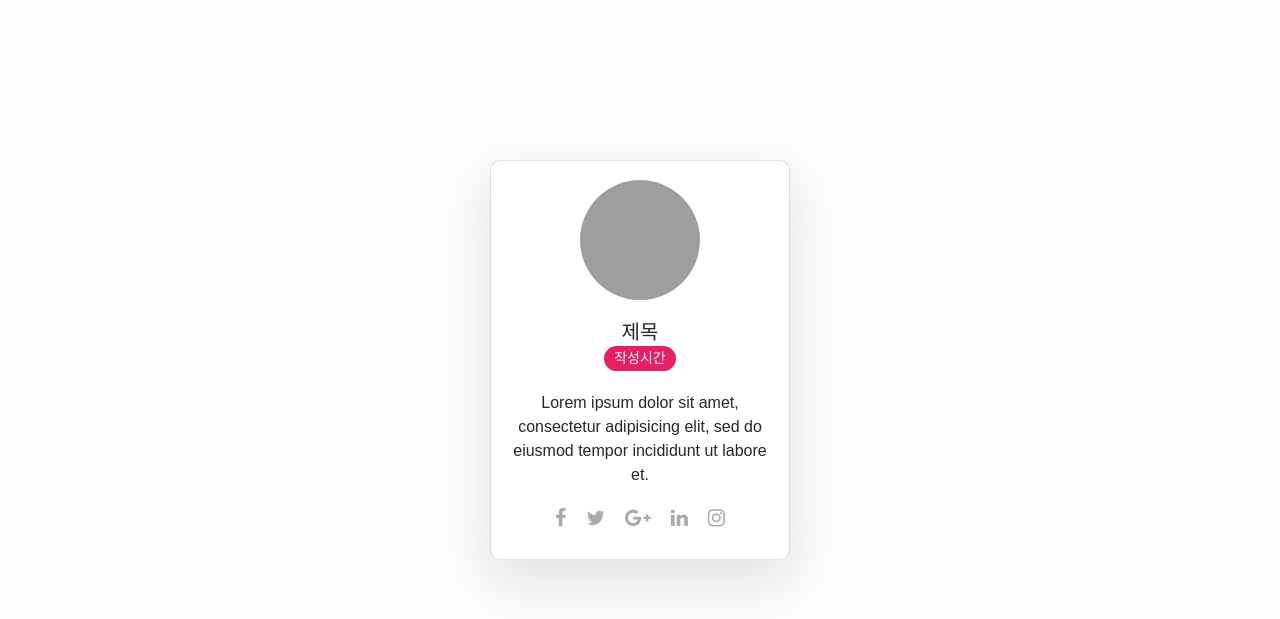
Repository: cheez0909/JSP
Page: http://localhost/1103/session/ServletEX/detail
An editor plug-in stored every save of this project. The page is shown before and after the next save, followed by the edit.
The browser window is 1280 px wide. The pictures show the whole page.
Pictures or frames that could not be fetched are drawn as grey boxes. Some web libraries are served in a nearby version. The page is served by Tomcat 9. Other server files are loaded and not shown. Queries for data that is not in the repository find no rows.

Above is the page before, as saved 2023-11-09 05:44:29.

### 1103/src/main/webapp/session/ServletEX/Boarddetails.jsp
<%@ page language="java" contentType="text/html; charset=UTF-8"
    pageEncoding="UTF-8"%>
<!DOCTYPE html>
<html lang="en">
<head>
    <meta charset="utf-8">
    <!-- This file has been downloaded from Bootsnipp.com. Enjoy! -->
    <title>UI card design css - Bootsnipp.com</title>
        <meta name="viewport" content="width=device-width, initial-scale=1">
    <link href="http://maxcdn.bootstrapcdn.com/bootstrap/4.1.1/css/bootstrap.min.css" rel="stylesheet">
    <style type="text/css">
        body {
    margin:0;
    padding:0;
    font-family:sans-serif;
    background:#fbfbfb;
}
.card {
    position:absolute;
    top:50%;
    left:50%;
    transform:translate(-50%,-50%);
    width:300px;
    min-height:400px;
    background:#fff;
    box-shadow:0 20px 50px rgba(0,0,0,.1);
    border-radius:10px;
    transition:0.5s;
}
.card:hover {
    box-shadow:0 30px 70px rgba(0,0,0,.2);
}
.card .box {
    position:absolute;
    top:50%;
    left:0;
    transform:translateY(-50%);
    text-align:center;
    padding:20px;
    box-sizing:border-box;
    width:100%;
}
.card .box .img {
    width:120px;
    height:120px;
    margin:0 auto;
    border-radius:50%;
    overflow:hidden;
}
.card .box .img img {
    width:100%;
    height:100%;
}
.card .box h2 {
    font-size:20px;
    color:#262626;
    margin:20px auto;
}
.card .box h2 span {
    font-size:14px;
    background:#e91e63;
    color:#fff;
    display:inline-block;
    padding:4px 10px;
    border-radius:15px;
}
.card .box p {
    color:#262626;
}
.card .box span {
    display:inline-flex;
}
.card .box ul {
    margin:0;
    padding:0;
}
.card .box ul li {
    list-style:none;
    float:left;
}
.card .box ul li a {
    display:block;
    color:#aaa;
    margin:0 10px;
    font-size:20px;
    transition:0.5s;
    text-align:center;
}
.card .box ul li:hover a {
    color:#e91e63;
    transform:rotateY(360deg);
}
    </style>
    <script src="http://code.jquery.com/jquery-1.11.1.min.js"></script>
    <script src="http://maxcdn.bootstrapcdn.com/bootstrap/4.1.1/js/bootstrap.min.js"></script>
</head>
<body>
<link rel="stylesheet" href="https://cdnjs.cloudflare.com/ajax/libs/font-awesome/4.7.0/css/font-awesome.min.css">
<div class="card">
    <div class="box">
        <div class="img">
            <img src="https://item.kakaocdn.net/do/b563e153db82fde06e1423472ccf192c960f4ab09fe6e38bae8c63030c9b37f9">
        </div>
        <h2>제목<br><span>작성시간</span></h2>
        <p> Lorem ipsum dolor sit amet, consectetur adipisicing elit, sed do eiusmod
                tempor incididunt ut labore et.</p>
        <span>
            <ul>
                <li><a href="#"><i class="fa fa-facebook" aria-hidden="true"></i></a></li>
                <li><a href="#"><i class="fa fa-twitter" aria-hidden="true"></i></a></li>
                <li><a href="#"><i class="fa fa-google-plus" aria-hidden="true"></i></a></li>
                <li><a href="#"><i class="fa fa-linkedin" aria-hidden="true"></i></a></li>
                <li><a href="#"><i class="fa fa-instagram" aria-hidden="true"></i></a></li>
            </ul>
        </span>
    </div>
</div>
<script type="text/javascript">

</script>
</body>
</html>

### 1103/src/main/java/com/momo/controller/detailController.java
package com.momo.controller;

import java.io.IOException;
import java.util.List;

import javax.servlet.ServletException;
import javax.servlet.annotation.WebServlet;
import javax.servlet.http.HttpServlet;
import javax.servlet.http.HttpServletRequest;
import javax.servlet.http.HttpServletResponse;

import com.momo.dao.BoardDAO;
import com.momo.dto.BoardDTO;


@WebServlet("/session/ServletEX/detail")
public class detailController extends HttpServlet {
	private static final long serialVersionUID = 1L;


	protected void doGet(HttpServletRequest request, HttpServletResponse response) throws ServletException, IOException {
		String num = request.getParameter("num");

		// String id = request.getParameter("ids");

		BoardDAO dao = new BoardDAO();
		System.out.println(num+" ");

		dao.visitCount(num);
		BoardDTO dto = dao.getOne(num);



		request.setAttribute("boarddto", dto);
		dao.close();

		request.getRequestDispatcher("Boarddetails.jsp").forward(request, response);
	}
}

### 1103/src/main/java/com/momo/DBConnection.java
package com.momo;

import java.sql.Connection;
import java.sql.DriverManager;
import java.sql.PreparedStatement;
import java.sql.ResultSet;
import java.sql.SQLException;
import java.sql.Statement;

import javax.servlet.ServletContext;

public class DBConnection {
	public Connection con;
	public Statement stmtl;
	public PreparedStatement pstmt;
	public ResultSet rs;

	public DBConnection(){
		try {
			// 드라이버 로딩
			Class.forName("oracle.jdbc.OracleDriver");

			String url = "jdbc:oracle:thin:@localhost:1521:orcl";
			String id = "dani";
			String pw = "dani";

			con = DriverManager.getConnection(url, id, pw);
			System.out.println("DB 연결 성공! (기본 생성자)");

		} catch (ClassNotFoundException e) {
			System.out.println("드라이버로딩 실패");
			e.printStackTrace();
		} catch (SQLException e) {
			// TODO Auto-generated catch block
			e.printStackTrace();
		}
	}

	// 서버가 실행될때
	// application으로부터 db정보를 불러옴
	public DBConnection(ServletContext application) {
		String driver = application.getInitParameter("driver");
		String url = application.getInitParameter("url");
		String id = application.getInitParameter("id");
		String pw = application.getInitParameter("pw");

		try {
			Class.forName(driver);
			con = DriverManager.getConnection(url, id, pw);
			System.out.println("application 내장 객체를 활용한 Connection 생성");
		} catch (ClassNotFoundException e) {
			// TODO Auto-generated catch block
			System.out.println("드라이버 로딩 실패 - 라이브러리를 확인해주세요");
			e.printStackTrace();
		} catch (SQLException e) {
			// TODO Auto-generated catch block
			System.out.println("Connection 객체 생성 실패");
			e.printStackTrace();
		}

	}

	public DBConnection(String driver, String url, String id, String pw) {
		try {
			Class.forName(driver);
			con = DriverManager.getConnection(url, id, pw);
			stmtl = con.createStatement();


		} catch (ClassNotFoundException e) {
			// TODO Auto-generated catch block
			e.printStackTrace();
		} catch (SQLException e) {
			// TODO Auto-generated catch block
			e.printStackTrace();
		}

	}
	public void close() {
		try {
		if(rs!=null) rs.close();
		if(pstmt!=null) pstmt.close();
		if(stmtl!=null) stmtl.close();
		if(con!=null) con.close();
		} catch(Exception e) {
			System.out.println("자원반납 중 예외가 발생하였습니다.");
			e.printStackTrace();
		}

	}
}

### 1103/src/main/java/com/momo/dao/BoardDAO.java
package com.momo.dao;

import java.sql.SQLException;
import java.util.ArrayList;
import java.util.List;

import com.momo.DBConnection;
import com.momo.DBConnectionPool;
import com.momo.dto.BoardDTO;
import com.momo.dto.Criteria;

// DBConnectionPool : 톰캣에서 제공해주는 기능을 사용하며 커넥션풀이라는 공간에 커넥션 객체를 미리
// 생성해놓고 사용
public class BoardDAO extends DBConnection{

	public BoardDAO() {
		super();
	}


	// 내가 쓴 글 조회하기
	public List<BoardDTO> getList(String id){
		List<BoardDTO> list = new ArrayList<>();
		try {
		String sql = "SELECT *\r\n"
				+ "FROM BOARD\r\n"
				+ "WHERE ID=?";


			pstmt = con.prepareStatement(sql);
			pstmt.setString(1, id);
			rs = pstmt.executeQuery();

			while(rs.next()) {
				BoardDTO dto = new BoardDTO();
				dto.setId(rs.getString("id"));
				dto.setTitle(rs.getString("title"));
				dto.setContent(rs.getString("content"));
				dto.setNum(rs.getString("num"));
				dto.setPostdate(rs.getString("postdate"));
				dto.setVisitcount(rs.getString("visitcount"));
				list.add(dto);
			}

		} catch (SQLException e) {
			e.printStackTrace();
		}
		return list;
	}
	/*
	 *
	 * 리스트 조회 후 변환
	 * + 페이징 처리
	 * return
	 *
	 * */
	// 리스트 조회하는 메서드
	public List<BoardDTO> getList(Criteria cri){
		List<BoardDTO> list = new ArrayList<>();
//		String sql = "SELECT *\r\n"
//				+ "FROM BOARD\r\n";
		try {

			String where="";

			// 컬럼명은 ? 로 동작되지 않음
			if(!"".equals(cri.getSearchField())&&!"".equals(cri.getSearchWord()) ) {
				where = "where " + cri.getSearchField() + " like '%" + cri.getSearchWord()
					+ "%' ";
			}

		// 페이징 처리하기
		String sql = "select *\r\n"
				+ "from (select rownum rnum, b.*\r\n"
				+ "        from  (  -- 최신순으로 조회\r\n"
				+ "                select *\r\n"
				+ "                from board\r\n"
				+ where
				+ "                order by num desc) b\r\n"
				+ "        )\r\n"
				+ "where rnum between ? and ?";

			pstmt = con.prepareStatement(sql);
			// 시작번호 = 끝번호 - (페이지당게시물수 -1)
			pstmt.setInt(1, cri.getStartNo());
			// 끝번호 = 페이지번호 * 페이지당게시물수
			pstmt.setInt(2, cri.getEndNo());

			// 페이지 객체를 생성해야함
			// 페이지

			rs = pstmt.executeQuery();

			System.out.println(sql);
			System.out.println(where);

			while(rs.next()) {
				BoardDTO dto = new BoardDTO();
				dto.setId(rs.getString("id"));
				dto.setTitle(rs.getString("title"));
				dto.setContent(rs.getString("content"));
				dto.setNum(rs.getString("num"));
				dto.setPostdate(rs.getString("postdate"));
				dto.setVisitcount(rs.getString("visitcount"));
				list.add(dto);
			}

		} catch (SQLException e) {
			e.printStackTrace();
		}
		return list;
	}




	// 1건을 조회하는 메서드
	public BoardDTO getOne(String num) {

		BoardDTO dto = new BoardDTO();

		try {

		String sql = "SELECT *\r\n"
				+ "FROM board\r\n"
				+ "WHERE NUM=?";

		pstmt = con.prepareStatement(sql);
		pstmt.setString(1, num);
		rs = pstmt.executeQuery();

		while(rs.next()) {
			dto.setId(rs.getString("id"));
			dto.setTitle(rs.getString("title"));
			dto.setContent(rs.getString("content"));
			dto.setNum(rs.getString("num"));
			dto.setPostdate(rs.getString("postdate"));
			dto.setVisitcount(rs.getString("visitcount"));
		}

		} catch (SQLException e) {
		e.printStackTrace();
		}
		return dto;
	}


	//public static void main(String[] args) {
	//	BoardDAO dao = new BoardDAO();
	//	System.out.print(dao.getList("test"));
	//}


	// 조회수 증가 쿼리짜기
	// 업데이트 쿼리 짜기 update
	// 조회수를 반환하자!! -> int타입으로....
	// 실행된 건수가 반환됨.....
	// 화면이 열렸을때 실행되어야 함 -> 디테일 컨트롤러로
	public int visitCount(String num) {
		BoardDTO dto = new BoardDTO();
		int res=0;
		try {

		String sql = "update board\r\n"
				+ "set visitcount = visitcount + 1\r\n"
				+ "where num = ?";

		pstmt = con.prepareStatement(sql);
		pstmt.setString(1, num);
		res = pstmt.executeUpdate();
		// System.out.println(res + "건이 실행되었습니다.");

		} catch (SQLException e) {
			e.printStackTrace();
		}	return res;
	}

	// 삭제하는 메서드 만들기
	public int deleteBoard(String num) {
		BoardDTO dto = new BoardDTO();
		int res=0;
		try {

		String sql = "delete board\r\n"
				+ "where num=?";

		pstmt = con.prepareStatement(sql);
		pstmt.setString(1, num);
		res = pstmt.executeUpdate();
		// System.out.println(res + "건이 실행되었습니다.");

		} catch (SQLException e) {
			e.printStackTrace();
		}	return res;
	}



	// 작성하는 메서드 만들기
	public int write(String title, String content, String id) {
		BoardDTO dto = new BoardDTO();

		int res=0;
		try {

		String sql = "insert into board (num, title, content, id) \r\n"
				+ "values (SEQ_BOARD_NUM.NEXTVAL, ?, ?, ?)";

		pstmt = con.prepareStatement(sql);
		pstmt.setString(1, title);
		pstmt.setString(2, content);
		pstmt.setString(3, id);
		res = pstmt.executeUpdate();

		System.out.println(res + "건이 실행되었습니다.");

		} catch (SQLException e) {
			e.printStackTrace();
		}	return res;
	}



	/*
	 * 게시글의 총 건수를 조회 후 반환
	 * return 게시글의 총 건수
	 *
	 */
	public int getTotalCnt() {
		int res = 0;
		String sql = "select count(*)\r\n"
				+ "from board";

		try {
			pstmt = con.prepareStatement(sql);
			//rs = stmtl.executeQuery(sql);
			rs = pstmt.executeQuery();

			if(rs.next()) {
				res = rs.getInt(1);
				//System.out.println(res);
			}

			System.out.println(res);
		} catch (SQLException e) {
			// TODO Auto-generated catch block
			e.printStackTrace();
		}
		return res;
	}

	/*
	 * 검색 조건을 적용했을때 페이지 블럭이
	 * 해당 검색 조건을 만족하는 만큼만 나와야 하는데
	 * 매개변수가 없을 경우 총 게시물수로 고정되어 출력됨
	 * 게시글의 총 건수를 조회 후 반환
	 * return 게시글의 총 건수
	 *
	 */
//	public int getTotalCnt(Criteria criteria) {
//		int res = 0;
//		String where="";
//
//
//		try {
//
//			// 컬럼명은 ? 로 동작되지 않음
//			if(!"".equals(criteria.getSearchField())&&!"".equals(criteria.getSearchWord()) ) {
//				where = "where " + criteria.getSearchField() + " like '%" + criteria.getSearchWord()
//					+ "%' ";
//			}
//
//			String sql = "select count(*)\r\n"
//					+ "from board " + where;
//
//			pstmt = con.prepareStatement(sql);
//			//rs = stmtl.executeQuery(sql);
//			rs = pstmt.executeQuery();
//
//			if(rs.next()) {
//				res = rs.getInt(1);
//				//System.out.println(res);
//			}
//
//			System.out.println(res);
//		} catch (SQLException e) {
//			// TODO Auto-generated catch block
//			e.printStackTrace();
//		}
//		return res;
//	}


	//public static void main(String[] args) {
	//	BoardDAO dao = new BoardDAO();
	//	int i=0;
	//	while(i!=10) {
	//		dao.write("제목", "내용");
	//		i++;
	//	}
	//}



	/*
	 * 검색 메서드
	 *
	 */

	public int search(String title, String content, String id) {
		BoardDTO dto = new BoardDTO();

		int res=0;
		try {

		String sql = "insert into board (num, title, content, id) \r\n"
				+ "values (SEQ_BOARD_NUM.NEXTVAL, ?, ?, ?)";

		pstmt = con.prepareStatement(sql);
		pstmt.setString(1, title);
		pstmt.setString(2, content);
		pstmt.setString(3, id);
		res = pstmt.executeUpdate();

		System.out.println(res + "건이 실행되었습니다.");

		} catch (SQLException e) {
			e.printStackTrace();
		}	return res;
	}

}

### 1103/src/main/java/com/momo/dto/BoardDTO.java
package com.momo.dto;

public class BoardDTO {
	private String num;
	private String title;
	private String content;
	private String id;
	private String postdate;
	private String visitcount;
	public BoardDTO() {}
	public BoardDTO(String num, String title, String content, String id, String postdate, String visitcount) {
		this.num = num;
		this.title = title;
		this.content = content;
		this.id = id;
		this.postdate = postdate;
		this.visitcount = visitcount;
	}
	public String getNum() {
		return num;
	}
	public void setNum(String num) {
		this.num = num;
	}
	public String getTitle() {
		return title;
	}
	public void setTitle(String title) {
		this.title = title;
	}
	public String getContent() {
		return content;
	}
	public void setContent(String content) {
		this.content = content;
	}
	public String getId() {
		return id;
	}
	public void setId(String id) {
		this.id = id;
	}
	public String getPostdate() {
		return postdate;
	}
	public void setPostdate(String postdate) {
		this.postdate = postdate;
	}
	public String getVisitcount() {
		return visitcount;
	}
	public void setVisitcount(String visitcount) {
		this.visitcount = visitcount;
	}
}

After the next save:
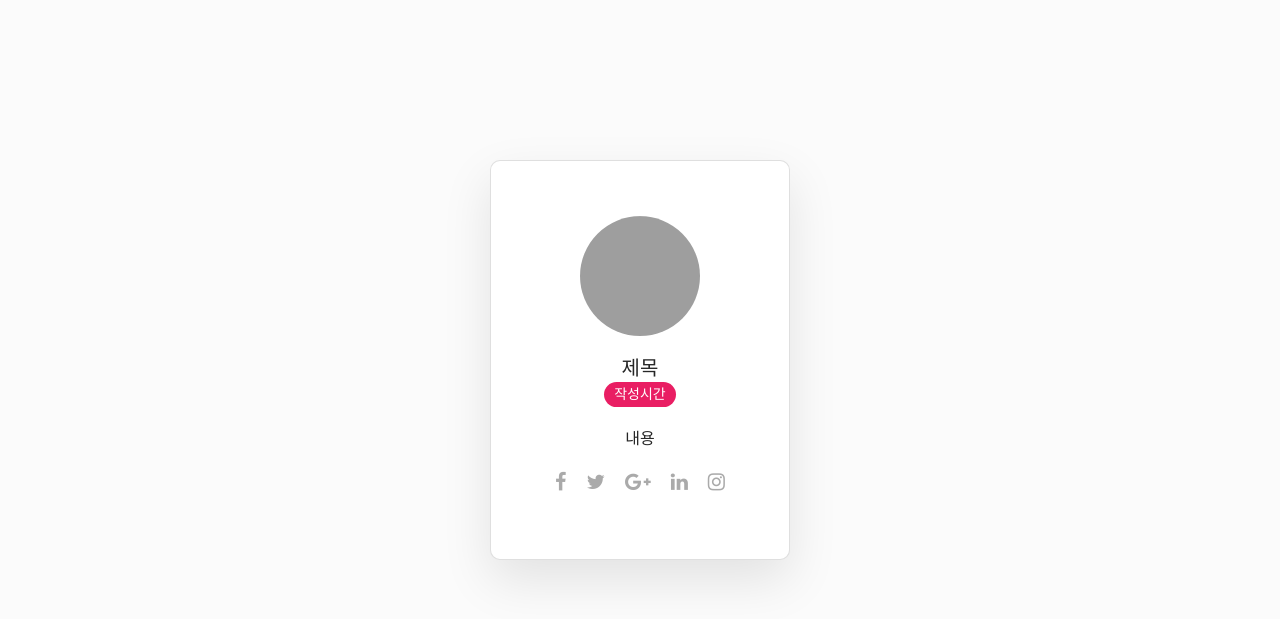
Saved 8 s later.
--- a/1103/src/main/webapp/session/ServletEX/Boarddetails.jsp
+++ b/1103/src/main/webapp/session/ServletEX/Boarddetails.jsp
@@ -102,8 +102,7 @@
             <img src="https://item.kakaocdn.net/do/b563e153db82fde06e1423472ccf192c960f4ab09fe6e38bae8c63030c9b37f9">
         </div>
         <h2>제목<br><span>작성시간</span></h2>
-        <p> Lorem ipsum dolor sit amet, consectetur adipisicing elit, sed do eiusmod
-                tempor incididunt ut labore et.</p>
+        <p> 내용</p>
         <span>
             <ul>
                 <li><a href="#"><i class="fa fa-facebook" aria-hidden="true"></i></a></li>
